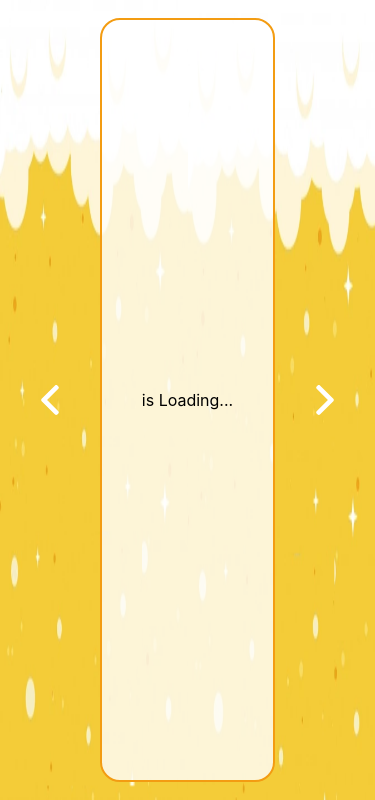
Repository: SebastianArmata22/Beer-app
Page: /
These files come from the project's save history. The page is drawn as it stood at one moment and after the next save; the edit follows.
The browser window is 375 px wide. The pictures show the whole page.
The page's requests for data from a server got no answer. The project was rebuilt for these pictures with package versions that can differ from the ones it lists, and the page was loaded fresh each time. No one was signed in, and anything a server would have sent is missing. Also part of the build but not shown: src/Card.js.

Above is the page before, as saved 2021-01-05 23:04:06.

### src/App.js
import './App.css';
import Card from './Card.js'
import React from 'react'
import rigtArrow from'./right-arrow.svg'
import leftArrow from'./left-arrow.svg'


class App extends React.Component {

  constructor(props){
    super(props);
    this.state={
      isLoaded:false,
      data:[],
      isNext:true
    }
    this.counter=1
    this.nextBeer=this.nextBeer.bind(this)
    this.previousBeer=this.previousBeer.bind(this)
  }
  getUrl(){
   return `https://api.punkapi.com/v2/beers/${this.counter}`
  }
  getDateFromApi(url){
    fetch(url)
    .then(response=>response.json())
    .then(dataApi=>this.setState({
      isLoaded: true,
      data: dataApi}))
  }
  nextBeer(){
    this.setState({isLoaded: false})
    this.counter<325 && this.counter++
    this.getDateFromApi(this.getUrl())
    this.setState({isNext:true})
  }
 previousBeer(){
    this.setState({isLoaded: false})
    this.counter>1 && this.counter--
    this.getDateFromApi(this.getUrl());
    this.setState({isNext:false})
  }
  componentDidMount(){
    this.getDateFromApi(this.getUrl());
  }
  render(){
    return(
        <div className="app-container">
        <img className="svg-button" onClick={this.previousBeer} src={leftArrow} alt="previous" height='100px'/>
        {this.state.isLoaded ? <Card item={this.state.data} isNext={this.state.isNext} /> : <div className="card load-div">is Loading...</div>}
        <img className="svg-button" onClick={this.nextBeer} src={rigtArrow} alt="next" height='100px' />
        </div>

    )
  }
}

export default App;

### src/App.css
.app-container{
  width: 100%;
  min-height: 100vh;
  display: flex;
  justify-content: center;
  align-items: center;
}

.svg-button{
  cursor: pointer;
}

@media only screen and (max-width: 600px) {
  .svg-button{
    transform: scale(0.3);

  }

}

### src/Card.css
*{
    margin: 0;
    padding: 0;

}
body{
    background-image: url('./background.png');
    background-repeat: no-repeat;
    background-size: 100% 100%;
}
.card {
border: 2px solid #f39c12;
border-radius: 20px;
max-width: 700px;
display: flex;
flex-direction: column;
min-height: 90vh;
padding: 20px;
background-color: rgba(255, 255, 255,0.8);
}
.card h2{
    color: #f39c12;
}

.photo-beer{
    height: 50vh;
}
.photo-card{
    display: flex;
    align-items: center;
    flex-direction: column;

}

.load-div{
    display: flex;
     justify-content: center;
     align-items: center;
}

.text-card{
    position: relative;
    text-align: left;
}

@media only screen and (max-width: 600px) {
    .card{
        flex-grow: 4;
    }

}

Loaded but not shown: public/index.html (common file); src/index.js (common file); src/index.css (common file)

After the next save:
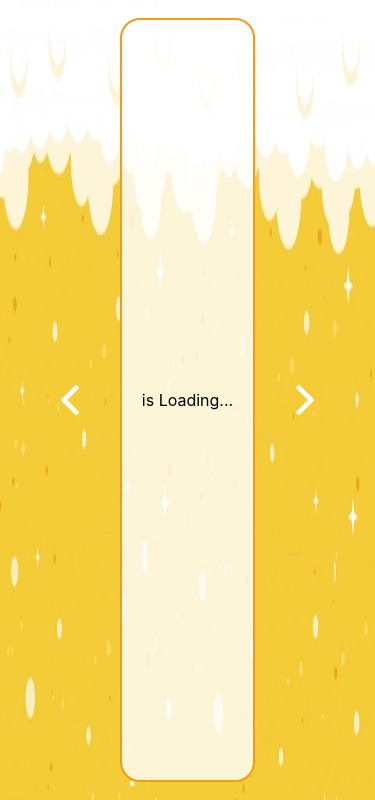
Saved 25 s later.
--- a/src/Card.css
+++ b/src/Card.css
@@ -44,8 +44,6 @@
 }
 
 @media only screen and (max-width: 600px) {
-    .card{
-        flex-grow: 4;
-    }
+
 
 }

After the save that followed:
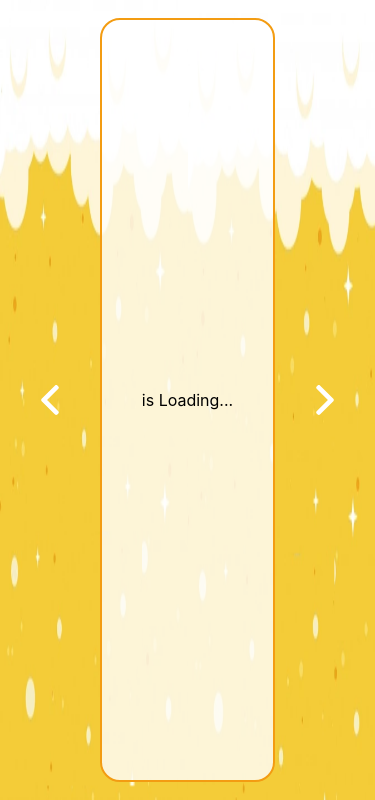
Saved 23 s later.
--- a/src/Card.css
+++ b/src/Card.css
@@ -44,6 +44,8 @@
 }
 
 @media only screen and (max-width: 600px) {
-
+    .card{
+        flex-grow: 4;
+    }
 
 }
